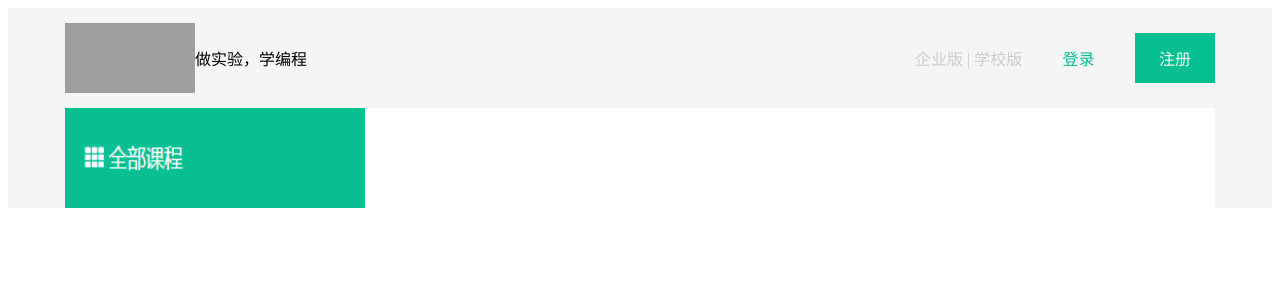
Repository: wuguozheng/xxbb
Page: /
An editor plug-in stored every save of this project. The page is shown before and after the next save, followed by the edit.
The browser window is 1280 px wide. The pictures show the whole page.
Pictures or frames that could not be fetched are drawn as grey boxes. The project was rebuilt for these pictures with package versions that can differ from the ones it lists, and the page was loaded fresh each time.

Above is the page before, as saved 2020-06-01 14:01:50.

### src/App.vue
<template>
  <div id="app">

    <router-view/>
  </div>
</template>

<style lang="scss">

</style>

### src/views/Home.vue
<template>
 <div>
    <mxs1></mxs1>
 </div>
</template>

<script>
import Mxs1 from '../components/home/Mxs1'
 export default {
   name: '',
   props: {
   },
   components: {
     Mxs1,
   },
   data () {
     return {

     }
   },
   methods: {

   },
   mounted() {

   },
   watch: {

   },
   computed: {

   }
 }
</script>

<style scoped lang='scss'>

</style>

### src/components/home/Mxs1.vue
<template>
  <div>
    <div class="rap">
      <div class="rap-1">
        <div class="left">
          <img
            data-v-7629dae3
            src="https://static.shiyanlou.com/frontend/dist/img/9f43b00.svg"
            alt="实验楼"
            width="130"
            height="70"
          />
          <div>做实验，学编程</div>
        </div>
        <div class="rap-2">
          <div class="timi-1">企业版 | 学校版</div>
          <div class="timi-2">登录</div>
          <div class="timi">注册</div>
        </div>
      </div>
      <div class="run">
        <img src="../home/QQ截图20200601133655.png" alt="" width="300" height="100">
      </div>
    </div>
  </div>
</template>

<script>
export default {
  name: "",
  props: {},
  components: {},
  data() {
    return {};
  },
  methods: {},
  mounted() {},
  watch: {},
  computed: {}
};
</script>

<style scoped lang='scss'>
.rap {
  width: 100%;
  height: 200px;
  background: whitesmoke;
  display: flex;
  justify-content: center;
  align-items: center;
  flex-direction: column;
}
.rap-1 {
  width: 1150px;
  height: 100px;
  background: transparent;
  position: relative;
  display: flex;
  justify-content: center;
  align-items: center;
}
.left {
  position: absolute;
  left: 0;
  display: flex;
  justify-content: center;
  align-items: center;
}
.rap-2 {
  display: flex;
  width: 300px;
  height: 100px;
  background: transparent;
  justify-content: space-between;
  align-items: center;
  position: absolute;
  right: 0;
}
.timi {
  width: 80px;
  height: 50px;
  background: rgb(8, 191, 145);
  display: flex;
  justify-content: center;
  align-items: center;
  color: whitesmoke;
  &:hover {
    cursor: pointer;
  }
}
.timi-1 {
  color: #ccc;
  &:hover {
    cursor: pointer;
    color: rgb(8, 191, 145);
  }
}
.timi-2 {
  color: rgb(8, 191, 145);
  &:hover {
    cursor: pointer;
    color: #ccc;
  }
}
.run {
  width: 1150px;
  height: 100px;
  background: white;
}
</style>

Loaded but not shown: src/main.js (common file); src/router/index.js (common file); src/store/index.js (common file)

After the next save:
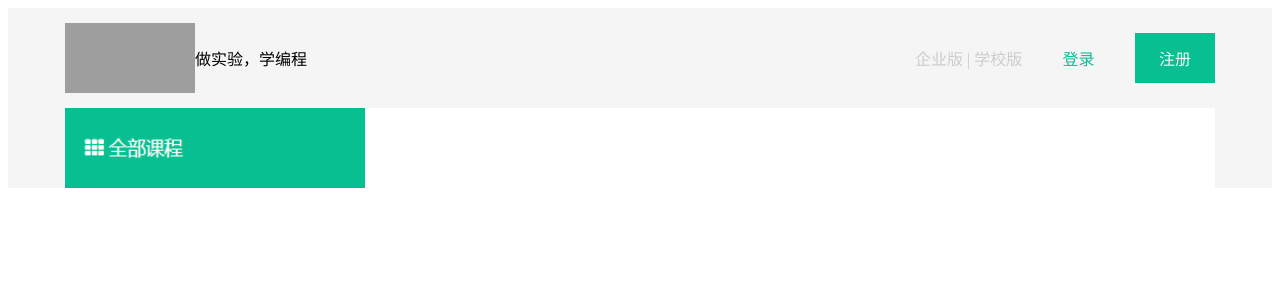
Saved 41 s later.
--- a/src/components/home/Mxs1.vue
+++ b/src/components/home/Mxs1.vue
@@ -19,7 +19,7 @@
         </div>
       </div>
       <div class="run">
-        <img src="../home/QQ截图20200601133655.png" alt="" width="300" height="100">
+        <img src="../home/QQ截图20200601133655.png" alt="" width="300" height="80">
       </div>
     </div>
   </div>
@@ -43,7 +43,7 @@ export default {
 <style scoped lang='scss'>
 .rap {
   width: 100%;
-  height: 200px;
+  height: 180px;
   background: whitesmoke;
   display: flex;
   justify-content: center;
@@ -104,7 +104,7 @@ export default {
 }
 .run {
   width: 1150px;
-  height: 100px;
+  height: 80px;
   background: white;
 }
 </style>
